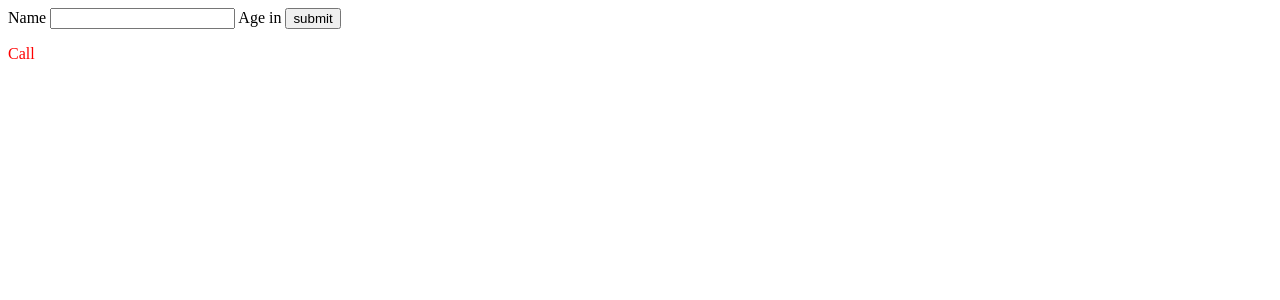
Repository: kaza1509/PRJ301
Page: SE1613/web/demo.html
An editor plug-in stored every save of this project. The page is shown before and after a run of saves, followed by the edit.
The browser window is 1280 px wide. The pictures show the whole page.

Above is the page before, as saved 2022-01-17 19:19:37.

After the next 4 saves:
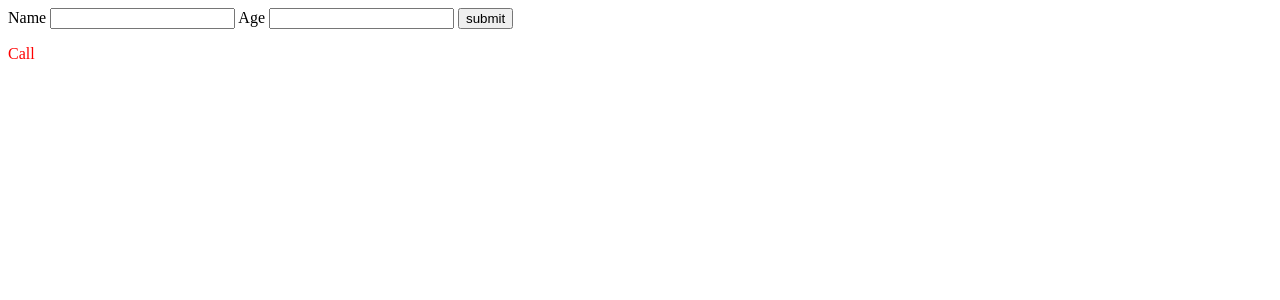
The 4 saves are shown as one change because they came seconds apart.
The last was saved 15 s later.
--- a/SE1613/web/demo.html
+++ b/SE1613/web/demo.html
@@ -9,7 +9,7 @@
     <body>
         <form action="DemoServletURL" method="post">
             <span>Name</span> <input type="text" name="name">
-            <span>Age</span> in
+            <span>Age</span> <input type="number" name="age">
             <input type="submit" value="submit">
         </form>
 
